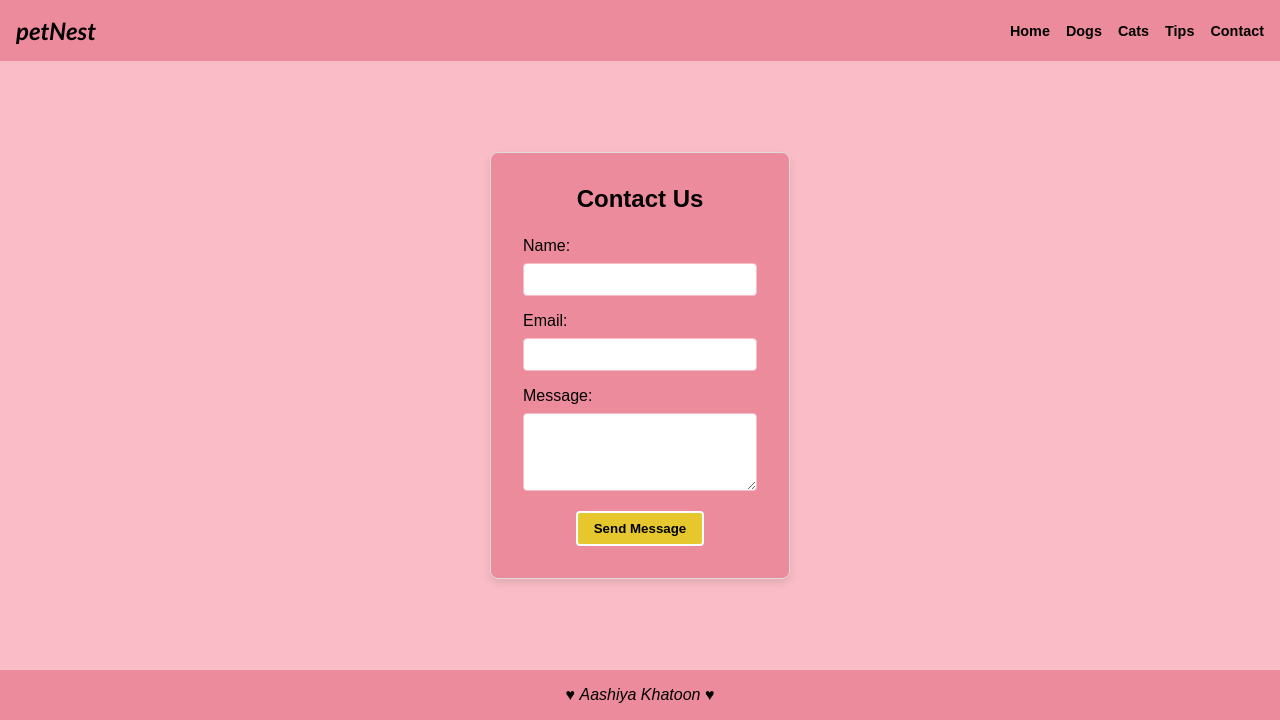
Repository: SHAHZADcodr/pet_care
Page: pages/contact.html
These files come from the project's save history. The page is drawn as it stood at one moment and after the next save; the edit follows.
The browser window is 1280 px wide. The pictures show the whole page.
The pointer rests on the first visible `button`.

Above is the page before, as saved 2024-11-04 23:40:39.

### pages/contact.html
<!DOCTYPE html>
<html lang="en">
<head>
    <meta charset="UTF-8">
    <meta name="viewport" content="width=device-width, initial-scale=1.0">
    <title>Contact Us</title>
    <link rel="stylesheet" href="contact.css"> <!-- Link to your CSS file -->
</head>
<body>
    <header>
        <nav>
     <h1 id="webName"><i><strong>petNest</strong></i></h1>
     <ul id="nav-links">
         <li><a href="../index.html">Home</a></li>
         <li><a href="dog.html">Dogs</a></li>
         <li><a href="cat.html">Cats</a></li>
         <li><a href="tips.html">Tips</a></li>
         <li><a href="contact.html" id="you">Contact</a></li>
     </ul>
 </nav>
    </header>
    <main class="contact-page">
        <div class="contact-card">
            <h2>Contact Us</h2>
            <form id="contact-form">
                <div class="form-group">
                    <label for="name">Name:</label>
                    <input type="text" id="name" name="name" required>
                </div>
                <div class="form-group">
                    <label for="email">Email:</label>
                    <input type="email" id="email" name="email" required>
                </div>
                <div class="form-group">
                    <label for="message">Message:</label>
                    <textarea id="message" name="message" rows="4" required></textarea>
                </div>
                <button type="submit">Send Message</button>
            </form>
        </div>
    </main>
    <footer>
        <p>&hearts; <i>Aashiya Khatoon</i> &hearts;</p>
    </footer>
</body>
</html>

### pages/contact.css
/* General Reset */
* {
    margin: 0;
    padding: 0;
    box-sizing: border-box;
}
:root{
    --bg-background-color:rgb(236, 139, 155);
    --bg--body-color:rgb(250, 189, 199);
}
/* Basic Layout */
body {
    font-family: Arial, sans-serif;
    display: flex;
    flex-direction: column;
    min-height: 100vh; /* Ensures body takes full height of the viewport */
    background-color:var(--bg--body-color);
    cursor:url(/images/cursor.svg)3 3,auto;
}

header {
    background-color:var(--bg-background-color);
    padding: 1rem;
    color: black;;
}

nav {
    display: flex;
    justify-content: space-between;
    align-items: center;
}

#nav-links {
    list-style-type: none;
    display: flex;
    gap: 1rem;
}

#nav-links a {
    color:black;
    text-decoration: none;
    font-size:0.9rem;
    font-weight: 600;
    transition:color 0.2s;
}
#nav-links a:hover{
    color:white!important;
}

/*Website name*/
#webName{
    font-family: 'Gill Sans', 'Gill Sans MT', Calibri, 'Trebuchet MS', sans-serif;
}
#webName:hover{
    color:aliceblue;
}


.contact-page {
    flex-grow: 1; /* Allows the main content to grow and push footer down */
    display: flex;
    justify-content: center;
    align-items: center;
}

.contact-card {
    background-color:var(--bg-background-color);
    border: 1px solid #ddd;
    border-radius: 8px;
    box-shadow: 0 4px 8px rgba(0, 0, 0, 0.1);
    padding: 2rem;
    width: 300px; /* Fixed width for contact card */
    text-align: center;
}

.contact-card h2 {
    margin-bottom: 1.5rem;
}

.form-group {
    margin-bottom: 1rem;
    text-align: left;
}

.form-group label {
    display: block;
    margin-bottom: 0.5rem;
}

.form-group input,
.form-group textarea {
    width: 100%;
    padding: 0.5rem;
    border: 1px solid var(--bg--body-color);
    border-radius: 4px;
}

button {
    background-color:var(--bg-background-color);
    border:2px solid white;
    padding: 0.5rem 1rem;
    border-radius: 4px;
    cursor: pointer;
    font-weight: bold;
}

button:hover {
    background-color:rgba(229, 209, 32, 0.881); /* Darken button on hover */
}

footer {
    background-color:var(--bg-background-color);
    text-align: center;
    padding: 1rem;
}

/* Responsive Design */
@media (max-width: 600px) {
    .contact-card {
        width: 90%; /* Full width on small screens */
    }
}

After the next save:
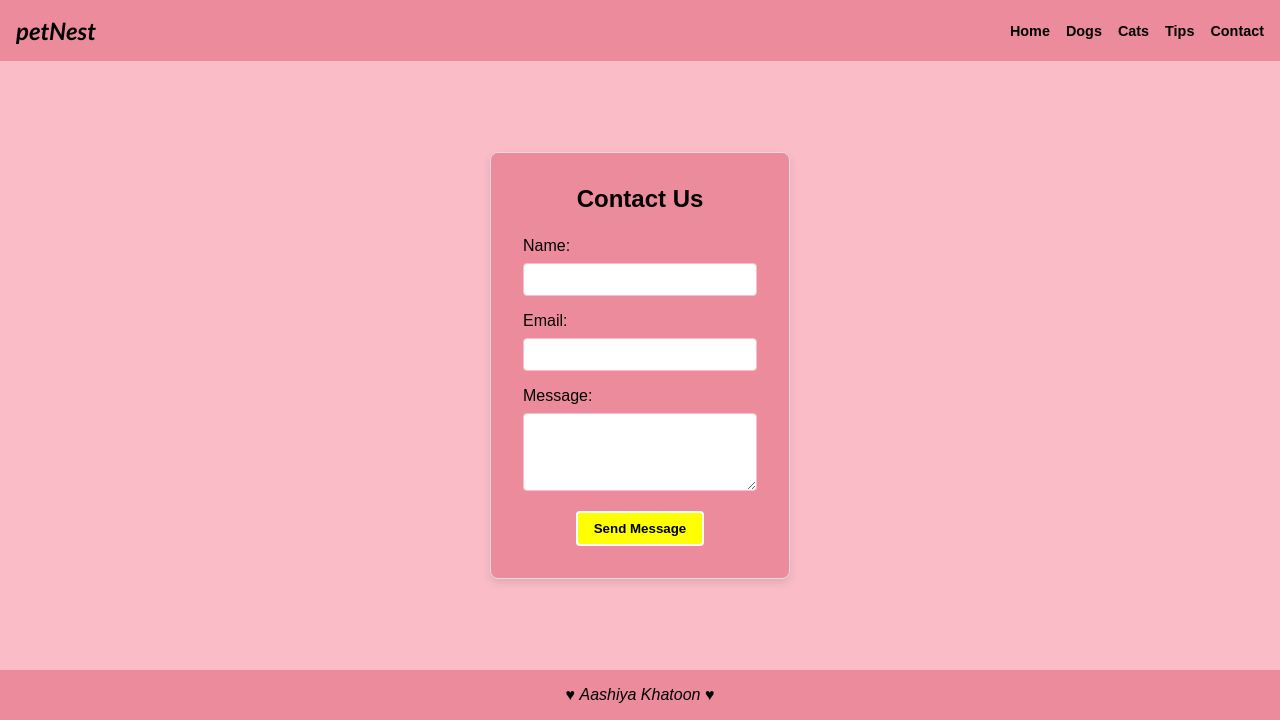
Saved 12 s later.
--- a/pages/contact.css
+++ b/pages/contact.css
@@ -105,7 +105,7 @@ button {
 }
 
 button:hover {
-    background-color:rgba(229, 209, 32, 0.881); /* Darken button on hover */
+    background-color:yellow /* Darken button on hover */
 }
 
 footer {
